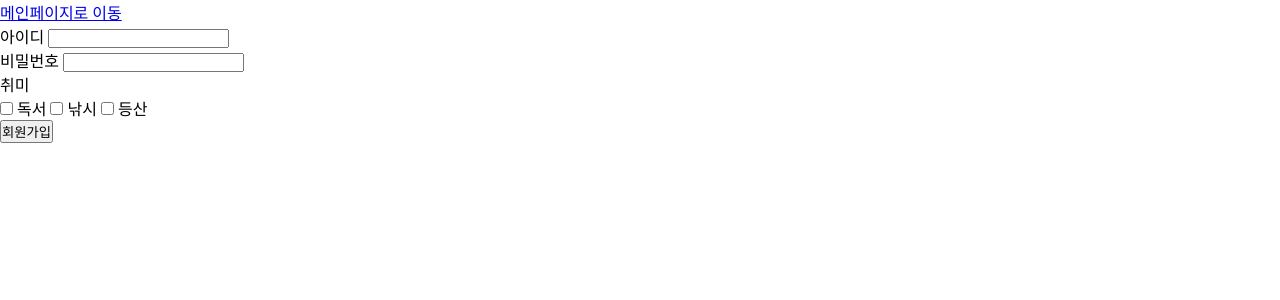
Repository: jeonjin8640/intellij
Page: http://localhost/servlet04/register.jsp
These files come from the project's save history. The page is drawn as it stood at one moment and after the next save; the edit follows.
The browser window is 1280 px wide. The pictures show the whole page.
The page is served by Tomcat 9.

Above is the page before, as saved 2024-01-05 01:01:24.

After the next save:
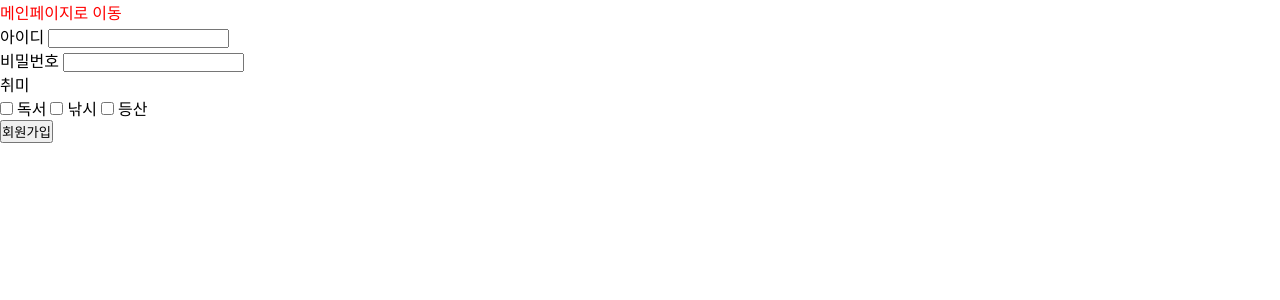
Saved 2 min 30 s later.
--- a/source/servlet04/src/main/webapp/css/style.css
+++ b/source/servlet04/src/main/webapp/css/style.css
@@ -5,3 +5,8 @@
 	padding:0;
 	box-sizing:border-box;
 }
+
+a{
+	color: #f00;
+	text-decoration: none;
+}
